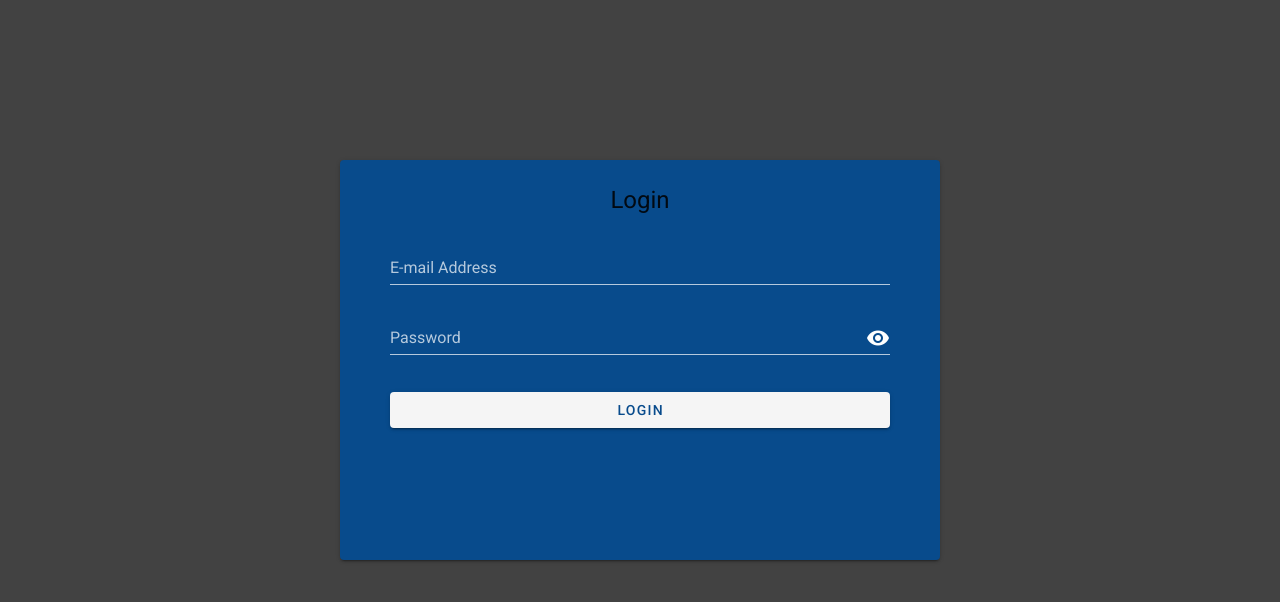
Repository: Grace229/Login
Page: /
These files come from the project's save history. The page is drawn as it stood at one moment and after the next save; the edit follows.
The browser window is 1280 px wide. The pictures show the whole page.
The project was rebuilt for these pictures with package versions that can differ from the ones it lists, and the page was loaded fresh each time. Also part of the build but not shown: vue.config.js. Imported but missing from the stored project, and not drawn on this page: src/views/About.vue.

Above is the page before, as saved 2021-02-15 16:59:24.

After the next save:
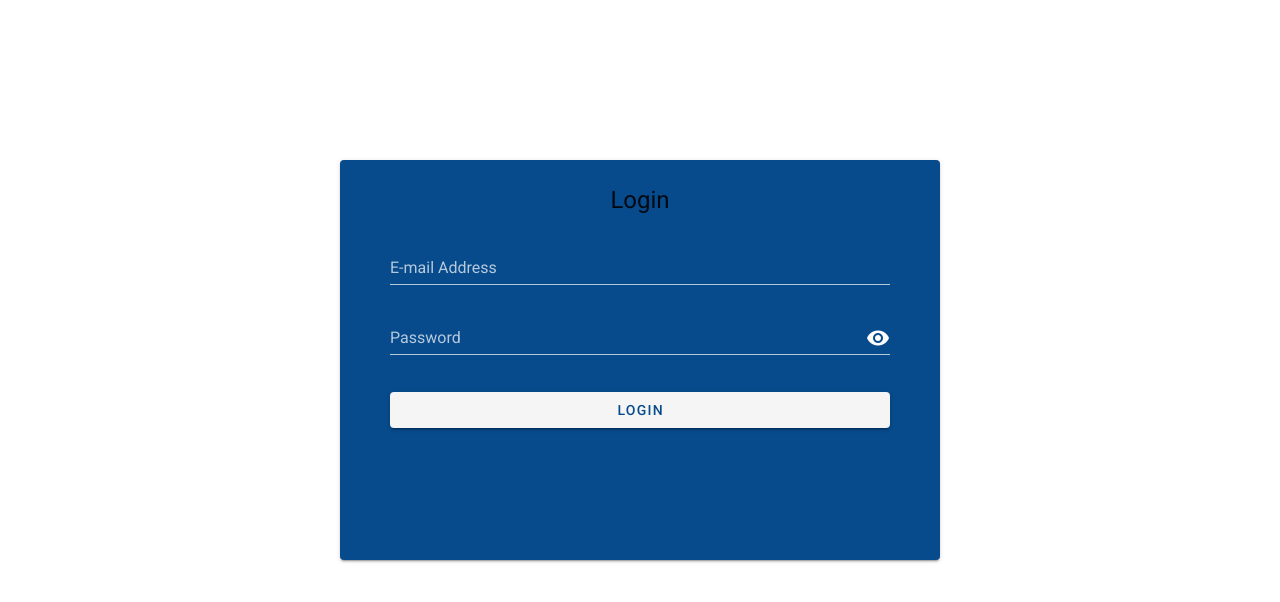
Saved 33 s later.
--- a/src/views/Home.vue
+++ b/src/views/Home.vue
@@ -1,7 +1,7 @@
 <template>
   <main
     style="min-height:100vh"
-    class="secondary fill-height white--text d-flex flex-column justify-center pa-4"
+    class="fill-height white--text d-flex flex-column justify-center pa-4"
   >
     <v-container>
       <v-card class="mx-auto primary" max-width="600" height="400">
